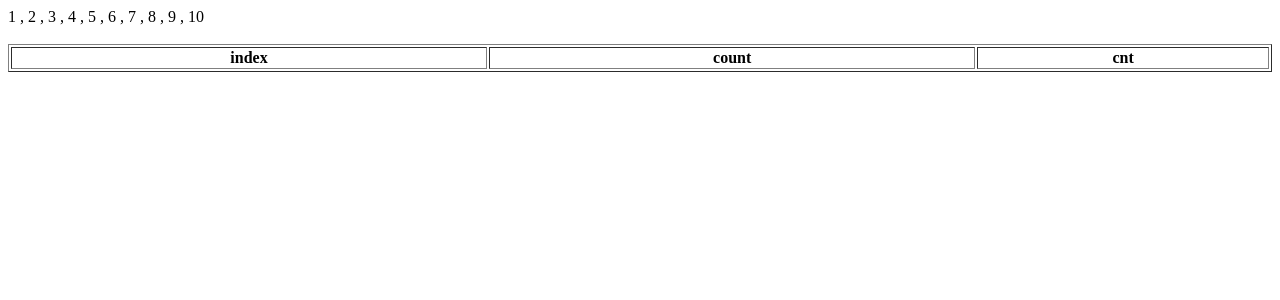
Repository: itrecipe/Web_ez
Page: http://localhost/jspCh07/17_movieList.jsp
These files come from the project's save history. The page is drawn as it stood at one moment and after the next save; the edit follows.
The browser window is 1280 px wide. The pictures show the whole page.
The page is served by Tomcat 9. Other server files are loaded and not shown.

Above is the page before, as saved 2023-04-04 03:32:40.

### jspCh07/src/main/webapp/17_movieList.jsp
<%@ page language="java" contentType="text/html; charset=UTF-8"
    pageEncoding="UTF-8"%>
<%@ taglib uri="http://java.sun.com/jsp/jstl/core" prefix="c"%>
<!DOCTYPE html>
<html lang="ko">
<head>
<meta charset="UTF-8">
<title>17_movieList</title>
</head>
<body>
<%--begin은 시작 index(색인번호), end는 종료 index(포함), count는 반복횟수 --%>
<c:forEach var="cnt" begin="1" end="10" varStatus="status">
	${cnt}
	<c:if test="${not status.last}">,</c:if>
</c:forEach>
<br/><br/>
<table border="1" style="width: 100%;" text-align: center;>
	<tr>
		<th>index</th>
		<th>count</th>
		<th>cnt</th>
	</tr>
	<c:forEach var="cnt" begin="7" end="10" varStatus="status"></c:forEach>


</table>

</body>
</html>

After the next save:
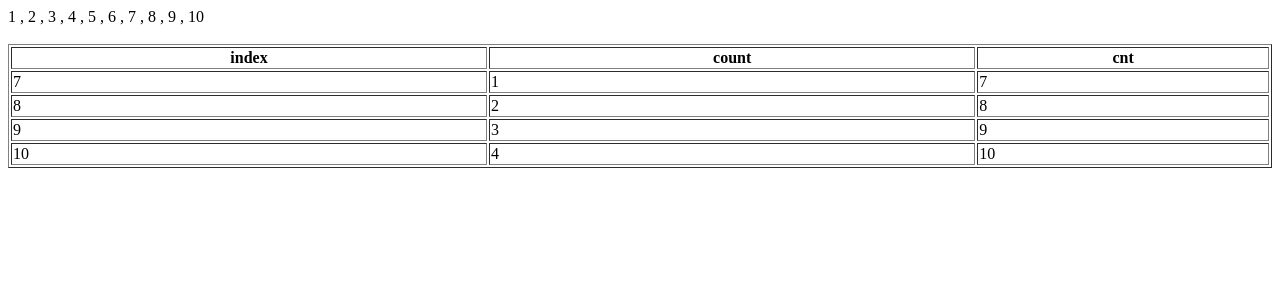
Saved 30 s later.
--- a/jspCh07/src/main/webapp/17_movieList.jsp
+++ b/jspCh07/src/main/webapp/17_movieList.jsp
@@ -20,7 +20,13 @@
 		<th>count</th>
 		<th>cnt</th>
 	</tr>
-	<c:forEach var="cnt" begin="7" end="10" varStatus="status"></c:forEach>
+	<c:forEach var="cnt" begin="7" end="10" varStatus="status">
+		<tr>
+			<td>${status.index}</td>
+			<td>${status.count}</td>
+			<td>${status.index}</td>
+
+	</c:forEach>
 
 
 </table>
